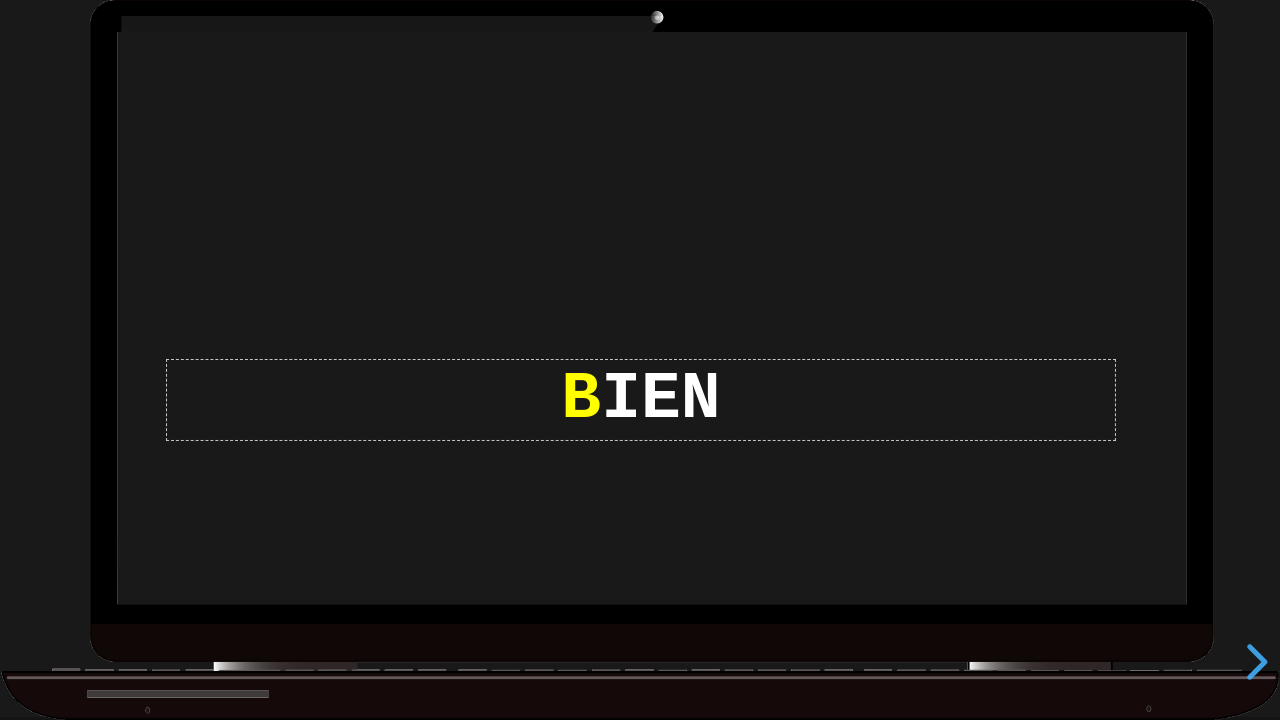
Repository: cutesquirrel/pres-college
Page: index.html
These files come from the project's save history. The page is drawn as it stood at one moment and after the next save; the edit follows.
The browser window is 1280 px wide. The pictures show the whole page.

Above is the page before, as saved 2024-03-31 10:58:47.

After the next save:
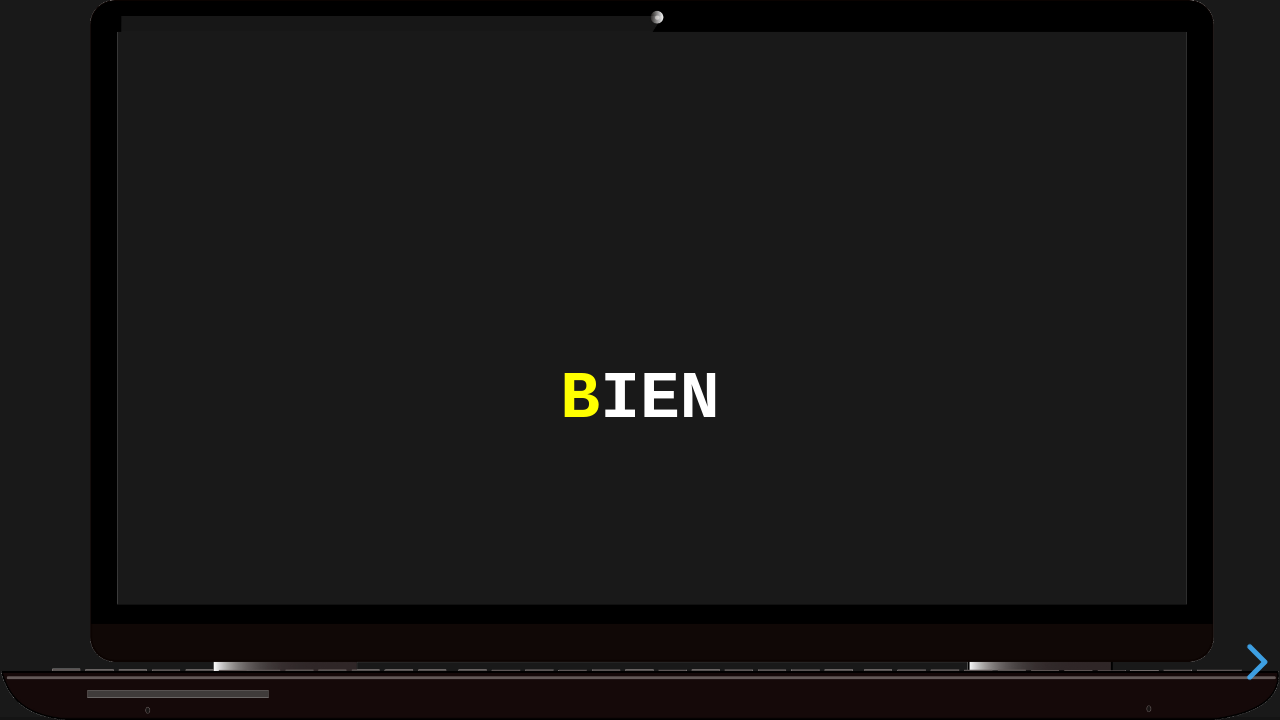
Saved 19 s later.
--- a/custom.css
+++ b/custom.css
@@ -5,10 +5,10 @@
   color:black;
 }
 
-/* déco */
+
 .animate-text {
-  width:100%; /* pour visualiser le passage a la ligne */
-  border:1px dashed #ccc;
+  width:100%;
+
 }
 .animate-text::first-letter {
   color: yellow;
